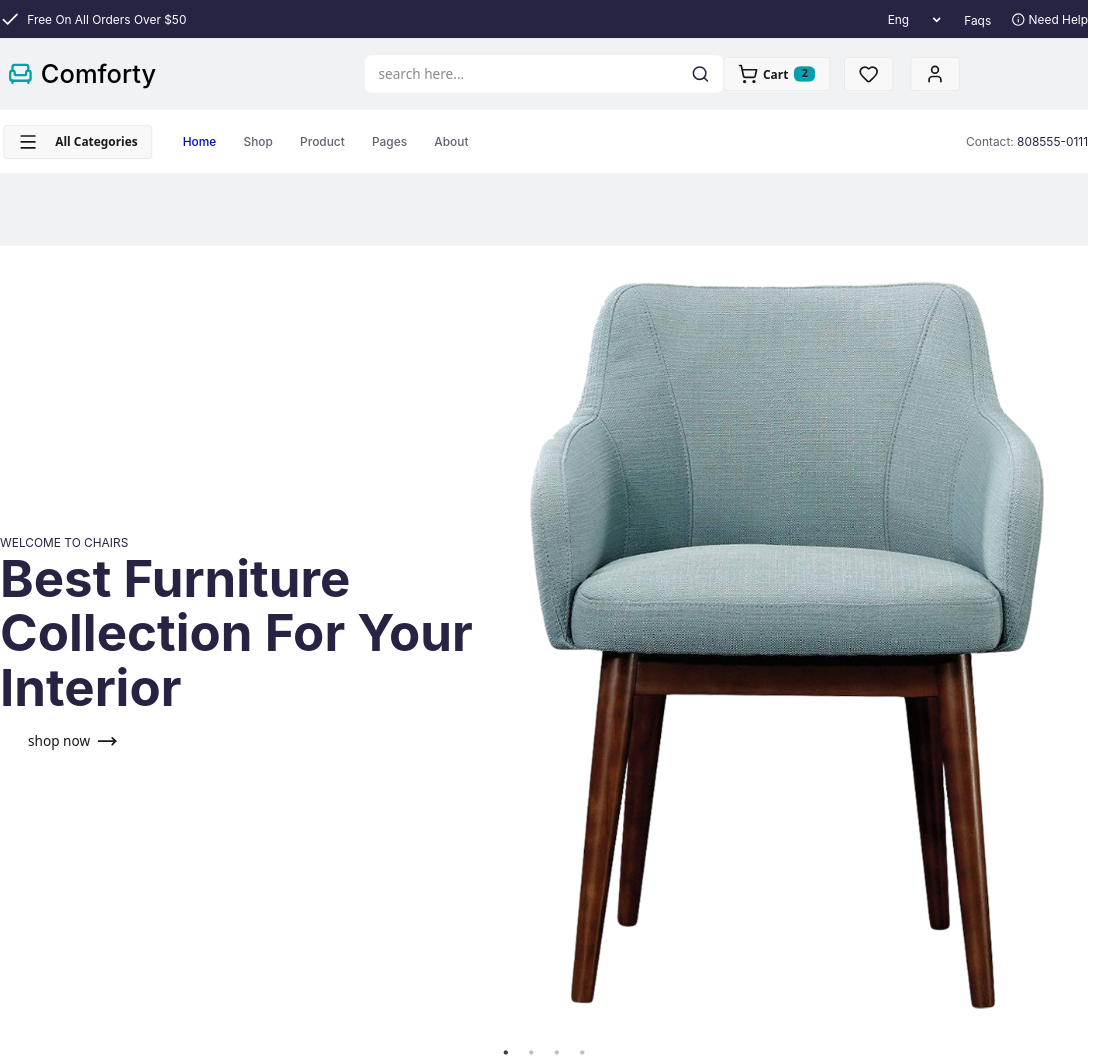
Repository: Neda0o0/store-template-website
Page: /
These files come from the project's save history. The page is drawn as it stood at one moment and after a run of saves; the edit follows.
The browser window is 1280 px wide. The page is 1305 px wide, so the pictures cover 1305 px, including what lies to the right of the window. The pictures show the whole page, at 85% of full size.
The project was rebuilt for these pictures with package versions that can differ from the ones it lists, and the page was loaded fresh each time. Also part of the build but not shown: vite.config.js, src/Pages/Auth/Auth.jsx, src/Pages/Auth/Login/Login.jsx, src/Pages/Auth/Register/Register.jsx, src/Pages/Error/Error.jsx, src/AuthCheck/AuthCheck.jsx.

Above is the page before, as saved 2025-10-21 17:53:15.

After the next 2 saves:
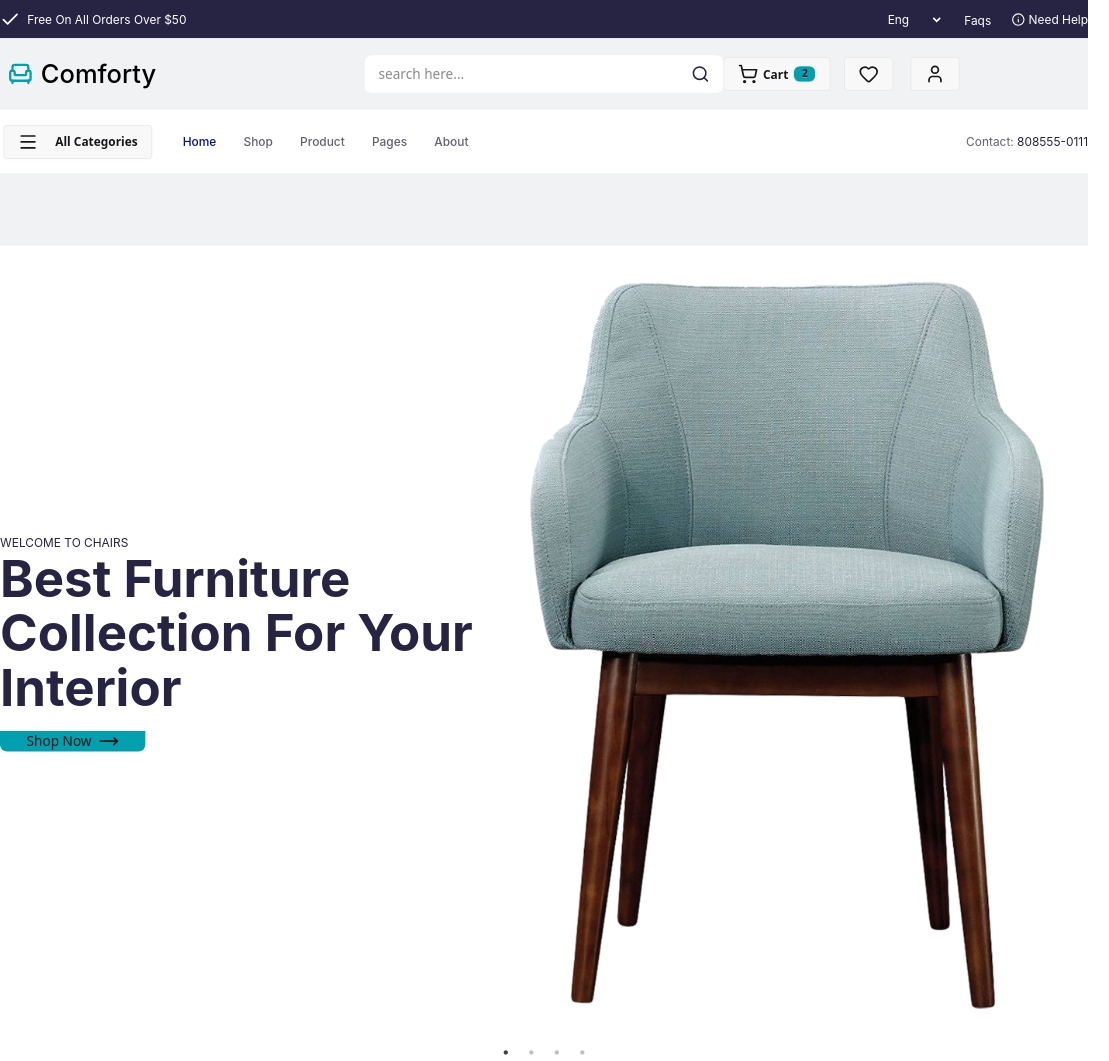
The 2 saves are shown as one change because they came seconds apart.
The last was saved 116 s later.
--- a/src/components/Banner/Banner.jsx
+++ b/src/components/Banner/Banner.jsx
@@ -51,7 +51,7 @@ const Banner = () => {
                 <h3 className="text-6xl text-[#272343] font-inter capitalize leading-16 max-w-[631px] w-full font-bold mb-5">
                   {product?.title}
                 </h3>
-                <button className="max-w-[171px] w-full flex items-center justify-center gap-2 h-[52] ">
+                <button className="max-w-[171px] w-full flex items-center justify-center gap-2 h-[52] bg-[#029fae] rounded-b-lg capitalize">
                   shop now <MoveRight />
                 </button>
               </div>
